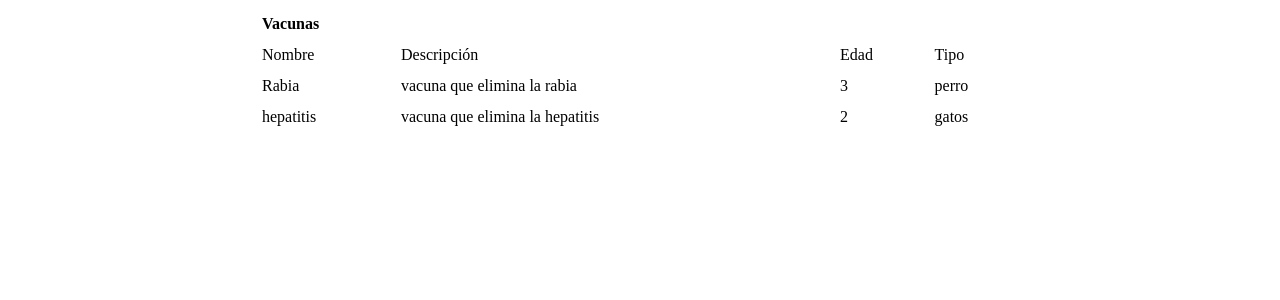
Repository: jorgesanchezfernandez/CodePortfolio
Page: http://localhost/Perrera/ListadoVacunas.jsp
These files come from the project's save history. The page is drawn as it stood at one moment and after the next save; the edit follows.
The browser window is 1280 px wide. The pictures show the whole page.
The page is served by Tomcat 9.

Above is the page before, as saved 2006-05-04 16:43:07.

After the next save:
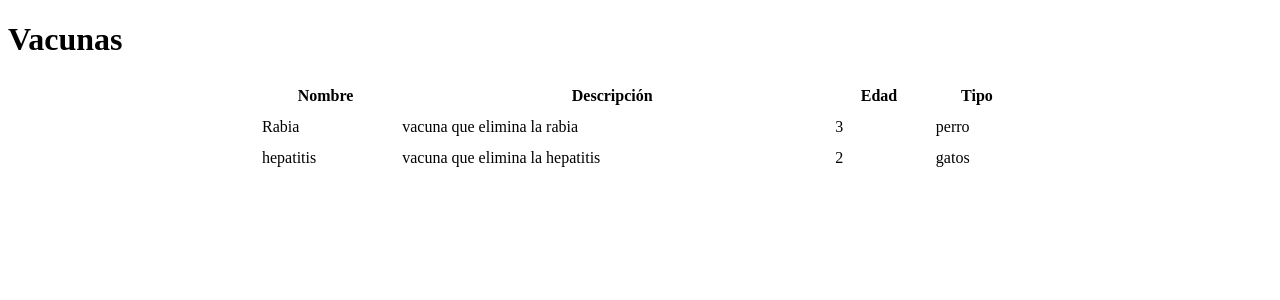
Saved 45 s later.
--- a/Java & Javascript/Web/Perrera/WebContent/ListadoVacunas.jsp
+++ b/Java & Javascript/Web/Perrera/WebContent/ListadoVacunas.jsp
@@ -10,11 +10,10 @@
 <body>
 <table summary ="Listado de Vacunas" cellSpacing="1" cellPadding="6" width="770"
 align="center" border="0">
-	<tr>
-	<td colspan="6"><b>Vacunas</b></td>
+	<H1>Vacunas</H1>
 	</tr>
 	<tr>
-	<td>Nombre</td><td>Descripción</td> <td>Edad</td><td>Tipo</td>
+	<th>Nombre</th><th>Descripción</th> <th>Edad</th><th>Tipo</th>
 	</tr>
 <%
 	List vacunas = VacunaStore.getInstance().getVacunas();
